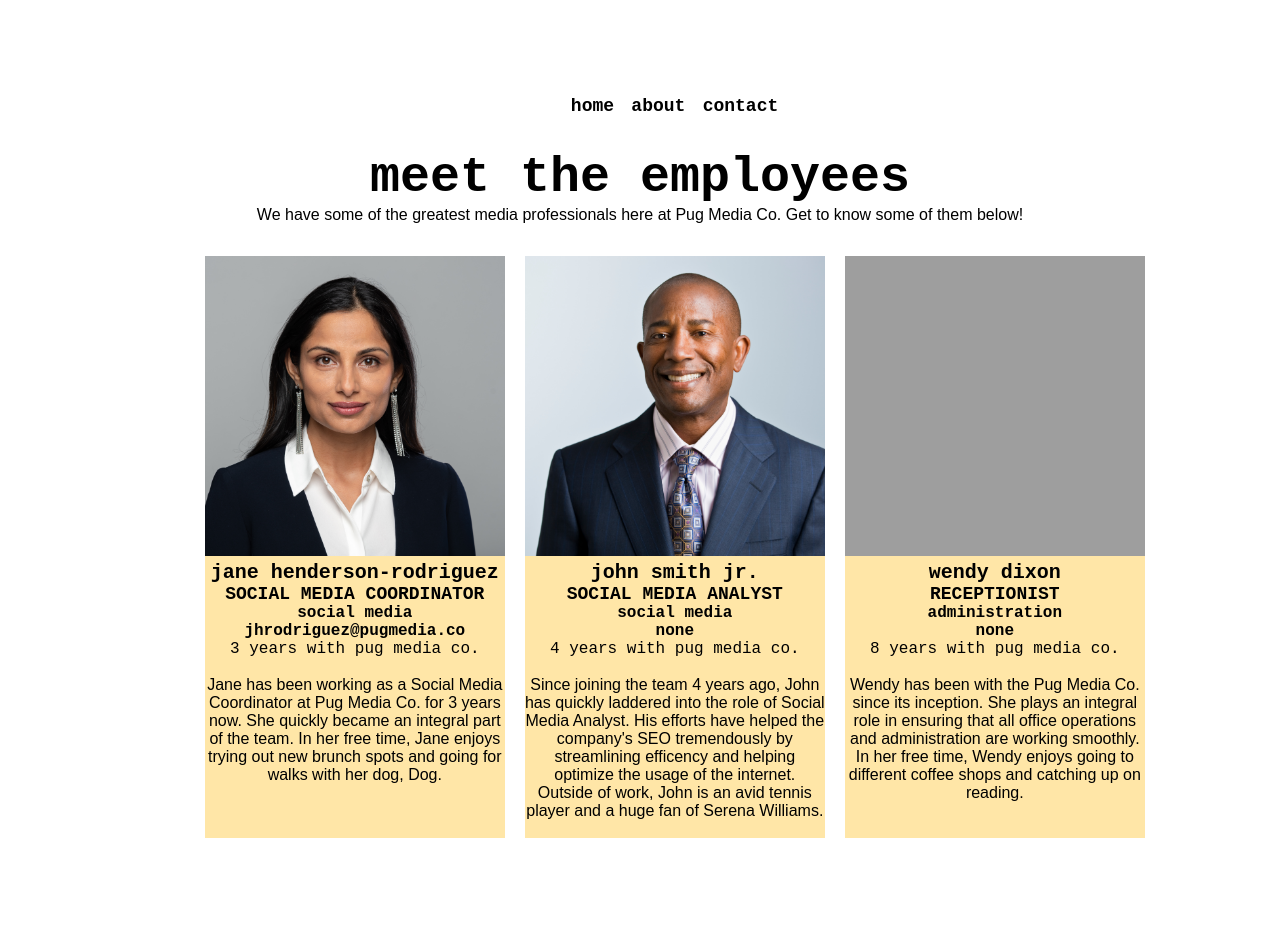
Repository: cheungglenda/MDIA2109-Week3
Page: /about
An editor plug-in stored every save of this project. The page is shown before and after the next save, followed by the edit.
The browser window is 1280 px wide. The pictures show the whole page.
Pictures or frames that could not be fetched are drawn as grey boxes. The project was rebuilt for these pictures with package versions that can differ from the ones it lists, and the page was loaded fresh each time. The framework's server and built-in components were replaced by stand-ins that run in the browser. Also part of the build but not shown: next.config.js.

Above is the page before, as saved 2023-01-20 13:03:23.

### pages/about.js
import Head from 'next/head'
import { Inter } from '@next/font/google'
import styles from '@/styles/Home.module.css'
import aboutData from '../data/about.json'
import { useState } from 'react'
import EmployeeCard  from '../components/EmployeeCard'
import Link from 'next/link'

export default function About() {

    const [aboutEmployees, setAboutEmployees] = useState([...aboutData])
    console.log(aboutData)
    return (
   <>
      <Head>
        <title>Meet the Employees</title>
        <meta name="description" content="Meet the Employees" />
        <meta name="viewport" content="width=device-width, initial-scale=1" />
        <link rel="icon" href="/favicon.ico" />
      </Head>
      <main className={styles.main}>
        <div className={styles.buttons}>
      <Link href="/" className={styles.links}>Home</Link>
      <Link href="/about" className={styles.links}>About</Link>
      <Link href="/" className={styles.links}>Contact</Link>
      </div>

      <div className={styles.meetTitle}>Meet the Employees</div>
      <div className={styles.titleDesc}>We have some of the greatest media professionals here at Pug Media Co. Get to know some of them below!</div>

        <div className={styles.grid}>
          <div className={styles.employees}>
          {aboutEmployees && aboutEmployees.map((info, index) => {
            if(info.firstName.toLowerCase() === "jane") {
            return (
              <EmployeeCard
              key={index}
              firstname={info.firstName}
              lastname={info.lastName}
              jobtitle={info.jobTitle}
              department={info.department}
              contact={info.contact}
              yearsworked={info.yearsWorked}
              description={info.description}
              color="#FFE6A7" font="16px"/>
            )
          }
          })}

          {aboutEmployees && aboutEmployees.map((info, index) => {
            if(info.firstName.toLowerCase() === "john") {
            return (
              <EmployeeCard
              key={index}
              firstname={info.firstName}
              lastname={info.lastName}
              jobtitle={info.jobTitle}
              department={info.department}
              yearsworked={info.yearsWorked}
              description={info.description}
              color="#FFE6A7" font="16px"/>
            )
          }
          })}

          {aboutEmployees && aboutEmployees.map((info, index) => {
            if(info.firstName.toLowerCase() === "wendy") {
            return (
              <EmployeeCard
              key={index}
              firstname={info.firstName}
              lastname={info.lastName}
              jobtitle={info.jobTitle}
              department={info.department}
              yearsworked={info.yearsWorked}
              description={info.description}
              color="#FFE6A7" font="16px"/>
            )
          }
          })}
          </div>
        </div>
      </main>
    </>
  )
}

### styles/Home.module.css
.main {
  display: flex;
  flex-direction: column;
  justify-content: space-between;
  align-items: center;
  padding: 6rem;
  font-family:arial;
  min-height: 100vh;
  background-color: rgb(255, 255, 255);
}

.buttons {
  display: flex;
  flex-direction:row;
  justify-content: space-evenly;
  margin-bottom:3%;
}

.links:hover {
  text-decoration:underline;
}

.links {
  font-size: 18px;
  max-width: var(--max-width);
  width: 100%;
  font-weight:900;
  font-family: 'Courier New', Courier, monospace;
  text-transform:lowercase;
  padding-left:10%;
}

.description {
  display: inherit;
  justify-content: inherit;
  align-items: inherit;
  font-size: 15px;
  max-width: var(--max-width);
  width: 100%;
  font-family: var(--font-mono);
}

.description a {
  display: flex;
  justify-content: center;
  align-items: center;
  gap: 0.5rem;
}

.description p {
  position: relative;
  margin: 0;
  padding: 1rem;
  background-color: rgba(var(--callout-rgb), 0.5);
  border: 1px solid rgba(var(--callout-border-rgb), 0.3);
  border-radius: var(--border-radius);
}

.code {
  font-weight: 700;
  font-family: var(--font-mono);
}

.meetTitle {
  font-size: 50px;
  font-weight:700;
  text-transform:lowercase;
  font-family:'Courier New', Courier, monospace;
  text-align:center;
}

.grid {
  display: flex;
  justify-content:center;
  width: var(--max-width);
  max-width: 100%;
  align-items:center;
  flex: 1;
}

.card {
  padding: 1rem 1.2rem;
  border-radius: var(--border-radius);
  background: rgba(var(--card-rgb), 0);
  border: 1px solid rgba(var(--card-border-rgb), 0);
  transition: background 200ms, border 200ms;
}

.card span {
  display: inline-block;
  transition: transform 200ms;
}

.info {
  font-family:Arial, Helvetica, sans-serif;
}

.card h2 {
  font-weight: 600;
  margin-bottom: 0.7rem;
}

.card p {
  margin: 0;
  opacity: 0.6;
  font-size: 0.9rem;
  line-height: 1.5;
  max-width: 30ch;
}


.employees {
  display:flex;
  gap:20px;
  width: 80%;
  text-align:center;
  font-family:'Courier New', Courier, monospace;
}

.titleDesc {
  font-size:16px;
  margin-bottom:3%;
}

.center {
  display: flex;
  justify-content: center;
  align-items: center;
  position: relative;
  padding: 4rem 0;
}

.center::before {
  background: var(--secondary-glow);
  border-radius: 50%;
  width: 480px;
  height: 360px;
  margin-left: -400px;
}

.center::after {
  background: var(--primary-glow);
  width: 240px;
  height: 180px;
  z-index: -1;
}

.center::before,
.center::after {
  content: '';
  left: 50%;
  position: absolute;
  filter: blur(45px);
  transform: translateZ(0);
}

.logo,
.thirteen {
  position: relative;
}

.thirteen {
  display: flex;
  justify-content: center;
  align-items: center;
  width: 75px;
  height: 75px;
  padding: 25px 10px;
  margin-left: 16px;
  transform: translateZ(0);
  border-radius: var(--border-radius);
  overflow: hidden;
  box-shadow: 0px 2px 8px -1px #0000001a;
}

.thirteen::before,
.thirteen::after {
  content: '';
  position: absolute;
  z-index: -1;
}

/* Conic Gradient Animation */
.thirteen::before {
  animation: 6s rotate linear infinite;
  width: 200%;
  height: 200%;
  background: var(--tile-border);
}

/* Inner Square */
.thirteen::after {
  inset: 0;
  padding: 1px;
  border-radius: var(--border-radius);
  background: linear-gradient(
    to bottom right,
    rgba(var(--tile-start-rgb), 1),
    rgba(var(--tile-end-rgb), 1)
  );
  background-clip: content-box;
}

/* Enable hover only on non-touch devices */
@media (hover: hover) and (pointer: fine) {
  .card:hover {
    background: rgba(var(--card-rgb), 0.1);
    border: 1px solid rgba(var(--card-border-rgb), 0.15);
  }

  .card:hover span {
    transform: translateX(4px);
  }
}

@media (prefers-reduced-motion) {
  .thirteen::before {
    animation: none;
  }

  .card:hover span {
    transform: none;
  }
}

/* Mobile */
@media (max-width: 700px) {
  .content {
    padding: 4rem;
  }

  .grid {
    grid-template-columns: 1fr;
    margin-bottom: 120px;
    max-width: 320px;
    text-align: center;
  }

  .card {
    padding: 1rem 2.5rem;
  }

  .card h2 {
    margin-bottom: 0.5rem;
  }

  .center {
    padding: 8rem 0 6rem;
  }

  .center::before {
    transform: none;
    height: 300px;
  }

  .description {
    font-size: 0.8rem;
  }

  .description a {
    padding: 1rem;
  }

  .description p,
  .description div {
    display: flex;
    justify-content: center;
    position: fixed;
    width: 100%;
  }

  .description p {
    align-items: center;
    inset: 0 0 auto;
    padding: 2rem 1rem 1.4rem;
    border-radius: 0;
    border: none;
    border-bottom: 1px solid rgba(var(--callout-border-rgb), 0.25);
    background: linear-gradient(
      to bottom,
      rgba(var(--background-start-rgb), 1),
      rgba(var(--callout-rgb), 0.5)
    );
    background-clip: padding-box;
    backdrop-filter: blur(24px);
  }

  .description div {
    align-items: flex-end;
    pointer-events: none;
    inset: auto 0 0;
    padding: 2rem;
    height: 200px;
    background: linear-gradient(
      to bottom,
      transparent 0%,
      rgb(var(--background-end-rgb)) 40%
    );
    z-index: 1;
  }
}

/* Tablet and Smaller Desktop */
@media (min-width: 701px) and (max-width: 1120px) {
  .grid {
    grid-template-columns: repeat(2, 50%);
  }
}

@media (prefers-color-scheme: dark) {
  .vercelLogo {
    filter: invert(1);
  }

  .logo,
  .thirteen img {
    filter: invert(1) drop-shadow(0 0 0.3rem #ffffff70);
  }
}

@keyframes rotate {
  from {
    transform: rotate(360deg);
  }
  to {
    transform: rotate(0deg);
  }
}

### data/about.json
[
    {
        "firstName": "Jane",
        "lastName": "Henderson-Rodriguez",
        "department": "Social Media",
        "jobTitle": "Social Media Coordinator",
        "contact": "jhrodriguez@pugmedia.co",
        "yearsWorked": 3,
        "description": "Jane has been working as a Social Media Coordinator at Pug Media Co. for 3 years now. She quickly became an integral part of the team. In her free time, Jane enjoys trying out new brunch spots and going for walks with her dog, Dog."

    },
    {
        "firstName": "John",
        "lastName": "Smith jr.",
        "department": "Social Media",
        "jobTitle": "Social Media Analyst",
        "contact": "jsmith@pugmedia.co",
        "yearsWorked": 4,
        "description": "Since joining the team 4 years ago, John has quickly laddered into the role of Social Media Analyst. His efforts have helped the company's SEO tremendously by streamlining efficency and helping optimize the usage of the internet. Outside of work, John is an avid tennis player and a huge fan of Serena Williams."

    },
    {
        "firstName": "Wendy",
        "lastName": "Dixon",
        "department": "Administration",
        "jobTitle": "Receptionist",
        "contact": "wdixon@pugmedia.co",
        "yearsWorked": 8,
        "description": "Wendy has been with the Pug Media Co. since its inception. She plays an integral role in ensuring that all office operations and administration are working smoothly. In her free time, Wendy enjoys going to different coffee shops and catching up on reading."

    }
]

### components/EmployeeCard/index.js
export default function EmployeeCard({
    firstname = "none",
    lastname = "none",
    department = "none",
    jobtitle = "none",
    yearsworked = 0,
    description = "none",
    contact = "none",
    color = "pink",
    font = "O",
    image = "icon/personTwo.png"
}) {
    return (
        <div style={{backgroundColor: color, fontSize: 16}}>
            {
                firstname === "Jane" ? <img style={{objectFit: "cover"}} src={'headshots/photo3.jpeg'} width="300" height="300"/> :
                firstname === "John" ? <img style={{objectFit: "cover"}} src={'headshots/photo1.jpeg'} width="300" height="300"/> :
                firstname === "Wendy" ? <img style={{objectFit: "cover"}} src={'headshots/photo2.jpeg'} width="300" height="300"/> :
                <img src={image} width="300"/>
            }

            <h1 style={{textTransform: "lowercase", fontSize: 20}}>{firstname} {lastname}</h1>
            <h1 style={{textTransform: "lowercase", fontSize: 20}}></h1>
            <h2 style={{fontFamily:"'Courier New', Courier, monospace", textTransform: "uppercase", fontSize: 18}}>{jobtitle}</h2>
            <h3 style={{fontFamily:"'Courier New', Courier, monospace", textTransform: "lowercase", fontSize: 16, fontweight:500}}>{department}</h3>
            <h3 style={{fontFamily:"'Courier New', Courier, monospace", textTransform: "lowercase", fontSize: 16, fontweight:500}}>{contact}</h3>
            <h4 style={{textTransform:"lowercase", fontSize:16, fontWeight:100}}>{yearsworked} years with pug media co.</h4><br></br>
            <p style={{fontFamily: "Arial, Helvetica, sans-serif"}}>{description}</p><br></br>
        </div>
    )
}

Loaded but not shown: pages/_app.js (common file); pages/_document.js (common file); pages/api/hello.js (common file); styles/globals.css (common file)

After the next save:
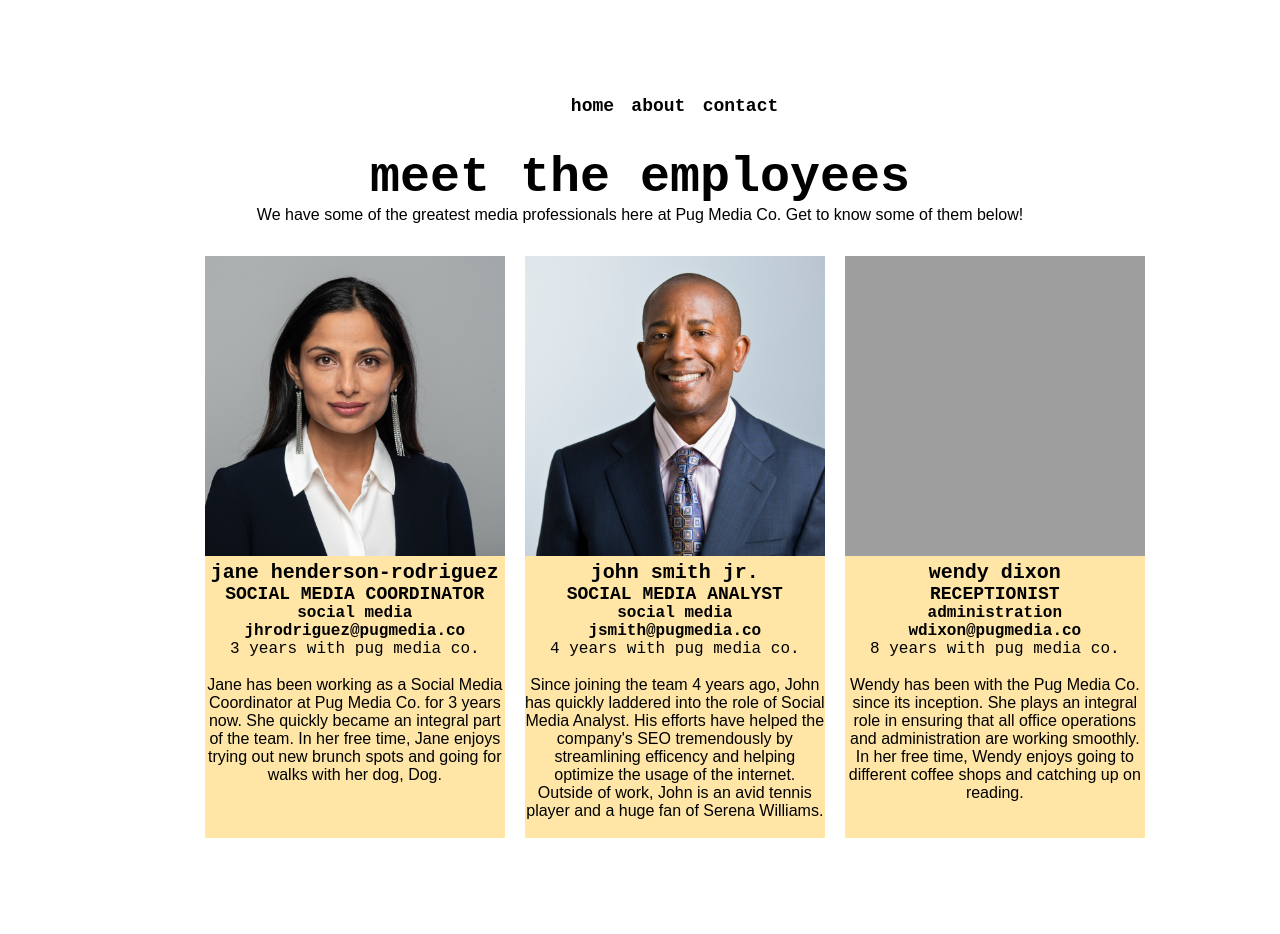
Saved 21 s later.
--- a/pages/about.js
+++ b/pages/about.js
@@ -56,6 +56,7 @@ export default function About() {
               lastname={info.lastName}
               jobtitle={info.jobTitle}
               department={info.department}
+              contact={info.contact}
               yearsworked={info.yearsWorked}
               description={info.description}
               color="#FFE6A7" font="16px"/>
@@ -72,6 +73,7 @@ export default function About() {
               lastname={info.lastName}
               jobtitle={info.jobTitle}
               department={info.department}
+              contact={info.contact}
               yearsworked={info.yearsWorked}
               description={info.description}
               color="#FFE6A7" font="16px"/>
